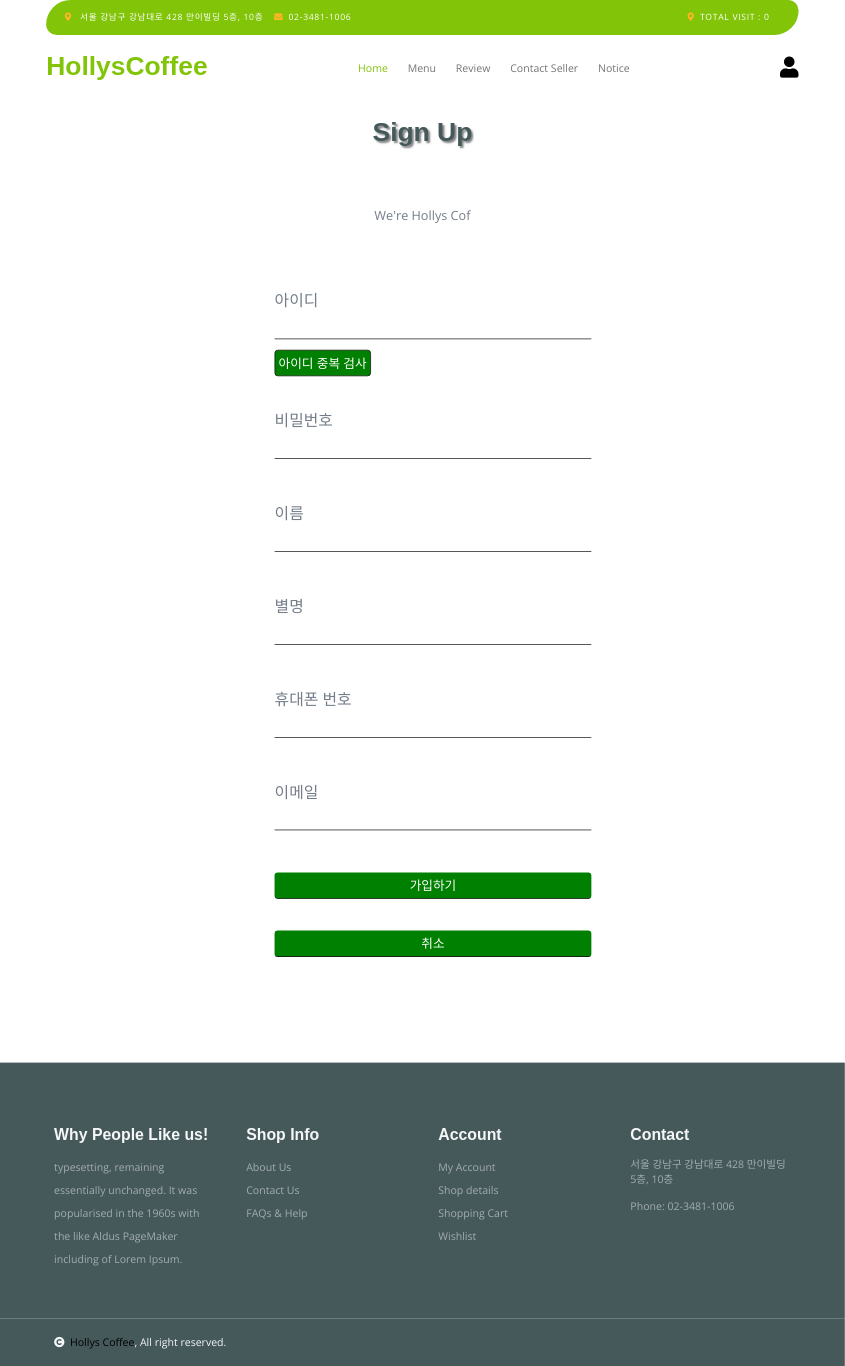
Repository: Shin-Ji-Sub/spring_basic
Page: http://localhost/spring-coffeeorderproject2/WEB-INF/views/userAccount/register.jsp
The author's editor kept a copy of each file at every save. The page is drawn from the files as they stood at one save, then again after the next save.
The browser window is 1280 px wide. The pictures show the whole page, at 66% of full size.
Some web fonts or font styles are not loaded; a fallback is used. Some web libraries are served in a nearby version. The page is served by Tomcat 10. Nobody is signed in. Other server files are loaded and not shown. The template is opened directly, without the code that normally fills it, so the values that code supplies are empty.

Above is the page before, as saved 2024-06-27 08:09:14.

### spring-coffeeorderproject2/src/main/webapp/WEB-INF/views/userAccount/register.jsp
<%@ page language="java" contentType="text/html; charset=UTF-8"
    pageEncoding="UTF-8"%>

<%@ taglib prefix="c" uri="jakarta.tags.core" %>
<%@ taglib prefix="form" uri="http://www.springframework.org/tags/form" %>

<!DOCTYPE html>
<html>
<head>
	<meta charset="UTF-8">
	<title>HOLLYS - 회원가입</title>
	<meta content="width=device-width, initial-scale=1.0" name="viewport">
    <meta content="" name="keywords">
    <meta content="" name="description">

    <!-- Google Web Fonts -->
    <link rel="preconnect" href="https://fonts.googleapis.com">
    <link rel="preconnect" href="https://fonts.gstatic.com" crossorigin>
    <link href="https://fonts.googleapis.com/css2?family=Open+Sans:wght@400;600&family=Raleway:wght@600;800&display=swap" rel="stylesheet">

    <!-- Icon Font Stylesheet -->
    <link rel="stylesheet" href="https://use.fontawesome.com/releases/v5.15.4/css/all.css"/>
    <link href="https://cdn.jsdelivr.net/npm/bootstrap-icons@1.4.1/font/bootstrap-icons.css" rel="stylesheet">

    <!-- Libraries Stylesheet -->
    <link href="/spring-coffeeorderproject/resources/userAssets/lib/lightbox/css/lightbox.min.css" rel="stylesheet">
    <link href="/spring-coffeeorderproject/resources/userAssets/lib/owlcarousel/assets/owl.carousel.min.css" rel="stylesheet">


    <!-- Customized Bootstrap Stylesheet -->
    <link href="/spring-coffeeorderproject/resources/userAssets/css/bootstrap.min.css" rel="stylesheet">

    <!-- Template Stylesheet -->
    <link href="/spring-coffeeorderproject/resources/userAssets/css/style.css" rel="stylesheet">
	<link href="/spring-coffeeorderproject/resources/userAssets/css/register.css" rel="stylesheet">

	<style>
		.register-cancel-btn {
		  font-size: 1.2rem;
		  background: green;
		  color: white;
		  padding: 5px;
		  border: 1px solid black;
		  border-radius: 5px;
		  transition: all 0.4s;
		  cursor: pointer;
		}

		.register-cancel-btn:hover {
		  box-shadow: 3px 3px 0px rgba(0, 0, 0, 0.5);
		  background-color: white;
		  color:green;
		}
	</style>
</head>
<body>
	<%-- Header Start --%>
    <jsp:include page="/WEB-INF/views/modules/header-nav.jsp" />
	<%-- Header End --%>

	<%-- Main Start --%>
	<div class="container-fluid py-5 mb-5">
    	<div class="container py-5">
		    <main>
			    <div class="main-container">
			      <div class="main-name">
			        <h5>Sign Up</h5>
			      </div>

			      <div class="introduction">
			        <span class="hello">Hello,</span><p>We're Hollys Coffee. Thank you for signing up.</p><span class="cursor"></span>
			      </div>

			      <form:form action="/spring-coffeeorderproject/userAccount/register" method="POST" modelAttribute="user">
			        <div class="register-container">
			          <ul>
			            <li>
			              <form:label path="userId">
			                아이디<br>
			                <%-- <form:input class="id-input" path="userId" type="text" /> --%>
			                <c:choose>
			                	<c:when test="${ isHaveId == true }">
			                		<form:input class="id-input" path="userId" type="text" value="${param.id}" />
			                	</c:when>
			            		<c:otherwise>
			            			<form:input class="id-input" path="userId" type="text" />
			            		</c:otherwise>
			                </c:choose>
			              </form:label>
			              <p class="id-msg"></p>
			              <button type="button" class="id-check-btn">아이디 중복 검사</button>
			              <c:choose>
			              	<c:when test="${ empty param.id }">
		                		<span class="idcheck-content"></span>
		                	</c:when>
			              	<c:when test="${ isHaveId == true }">
			              		<span class="idcheck-content">사용 가능한 아이디입니다</span>
			              	</c:when>
			              	<c:otherwise>
			              		<span class="idcheck-content">중복된 아이디입니다</span>
			              	</c:otherwise>
			              </c:choose>
			            </li>
			            <li>
			              <form:label path="userPw">
			                비밀번호<br>
			                <form:input class="pw-input" path="userPw" type="password" />
			              </form:label>
			              <p class="pw-msg"></p>
			            </li>
			            <li>
			              <form:label path="userName">
			                이름<br>
			                <form:input class="name-input" path="userName" type="text" />
			              </form:label>
			              <p class="name-msg"></p>
			            </li>
			            <li>
			              <form:label path="userNickname">
			                별명<br>
			                <form:input class="nickname-input" path="userNickname" type="text" />
			              </form:label>
			              <p class="nickname-msg"></p>
			            </li>
			            <li>
			              <form:label path="userPhone">
			                휴대폰 번호<br>
			                <form:input class="phone-input" path="userPhone" type="text" />
			              </form:label>
			              <p class="phone-msg"></p>
			            </li>
			            <li>
			              <form:label path="userEmail">
			                이메일<br>
			                <form:input class="email-input" path="userEmail" type="text" />
			              </form:label>
			              <p class="email-msg"></p>
			            </li>
			            <li>
			              <input type="submit" class="register-btn" value="가입하기" />
			            </li>
			            <li>
			            	<input type="button" class="register-cancel-btn" value="취소" />
			            </li>
			          </ul>
			        </div>
			      </form:form>
			    </div>
			</main>
		</div>
	</div>
	<%-- Main End --%>

	<%-- Footer Start --%>
    <jsp:include page="/WEB-INF/views/modules/footer.jsp" />
	<%-- Footer End --%>

	<script src="https://ajax.googleapis.com/ajax/libs/jquery/3.6.4/jquery.min.js"></script>
    <script src="https://cdn.jsdelivr.net/npm/bootstrap@5.0.0/dist/js/bootstrap.bundle.min.js"></script>
    <script src="/spring-coffeeorderproject/resources/userAssets/lib/easing/easing.min.js"></script>
    <script src="/spring-coffeeorderproject/resources/userAssets/lib/waypoints/waypoints.min.js"></script>
    <script src="/spring-coffeeorderproject/resources/userAssets/lib/lightbox/js/lightbox.min.js"></script>
    <script src="/spring-coffeeorderproject/resources/userAssets/lib/owlcarousel/owl.carousel.min.js"></script>
    <script src="/spring-coffeeorderproject/resources/userAssets/js/register.js"></script>
    <script>
	 	// Cancel Btn 기능 (home 화면으로 이동)
	    $('.register-cancel-btn').on('click', () => {
	    	location.href = "/spring-coffeeorderproject/userAccount/login";
	    });
    </script>

</body>
</html>

### spring-coffeeorderproject2/src/main/webapp/WEB-INF/views/modules/header-nav.jsp
<%@ page language="java" contentType="text/html; charset=UTF-8"
    pageEncoding="UTF-8"%>

<%@ taglib prefix="c" uri="http://java.sun.com/jsp/jstl/core" %>
<%@ taglib prefix="fn" uri="http://java.sun.com/jsp/jstl/functions" %>
<%@ taglib prefix="fmt" uri="http://java.sun.com/jsp/jstl/fmt" %>

<!-- Navbar start -->
<div class="container-fluid fixed-top">
    <div class="container topbar bg-primary d-none d-lg-block">
        <div class="d-flex justify-content-between">
            <div class="top-info ps-2">
                <small class="me-3"><i class="fas fa-map-marker-alt me-2 text-secondary"></i> <a href="https://yeoksam.greenart.co.kr/" class="text-white">서울 강남구 강남대로 428 만이빌딩 5층, 10층</a></small>
                <small class="me-3"><i class="fas fa-envelope me-2 text-secondary"></i><a href="https://yeoksam.greenart.co.kr/" class="text-white">02-3481-1006</a></small>


            	</div>
            <div class="top-link pe-2">
            	<small class="me-3"><i class="fas fa-map-marker-alt me-2 text-secondary"></i><a href="" class="text-white">TOTAL VISIT : ${ total == null ? "0" : total }</a></small>



               <%-- session으로 로그인 확인 후 조건문으로 jsp 적기 --%>
               <c:choose>
                <c:when test="${ not empty loginUser }">
                 <a href="#" class="text-white"><small class="text-white ms-2">${ loginUser.userNickname } 님 반갑습니다 /</small></a>
                 <a href="/spring-coffeeorderproject/userAccount/logout" class="text-white"><small class="text-white ms-2">Log out</small></a>
                </c:when>
                </c:choose>

            </div>
        </div>
    </div>
    <div class="container px-0">
        <nav class="navbar navbar-light bg-white navbar-expand-xl">
            <a href="/spring-coffeeorderproject/home" class="navbar-brand"><h1 class="text-primary display-6">HollysCoffee</h1></a>
            <button class="navbar-toggler py-2 px-3" type="button" data-bs-toggle="collapse" data-bs-target="#navbarCollapse">
                <span class="fa fa-bars text-primary"></span>
            </button>
            <div class="collapse navbar-collapse bg-white" id="navbarCollapse">
                 <div class="navbar-nav mx-auto">
                    <a href="/spring-coffeeorderproject/home" class="nav-item nav-link active">Home</a>
                    <%-- Product Zone --%>
                    <a href="/spring-coffeeorderproject/hollysProduct/shop?page=1&select=0" class="nav-item nav-link">Menu</a>
                    <%-- ------------ --%>
                    <div class="nav-item dropdown">
                    </div>
                    <a href="/spring-coffeeorderproject/review" class="nav-item nav-link">Review</a>
                    <a class="nav-item nav-link contact-seller">Contact Seller</a>
                    <a href="/spring-coffeeorderproject/announcement" class="nav-item nav-link">Notice</a>

                     <%-- session으로 로그인 확인 후 Admin 계정이라면 판매자모드 사용 가능 조건문으로 jsp 적기 --%>
                     <%-- admin로그인 된 상태 : admin-home 로 이동 --%>
                     <%-- ==================수정================== --%>
                     <%-- loginUser session에서 userAdmin(boolean) 값으로 확인 --%>

                </div>
                <div class="d-flex m-3 me-0">
                	<c:if test="${ loginUser.userAdmin == true }">
                    <a href="/spring-coffeeorderproject/admin-home" class="nav-item nav-link">AdminPage</a> <!-- yoona -->
                    </c:if>
                	<c:choose>
                    <c:when test="${ not empty loginUser }">
                    <a href="/spring-coffeeorderproject/hollysProduct/cart-product" class="position-relative me-4 my-auto">
                        <i class="fa fa-shopping-bag fa-2x"></i>
                        <span class="position-absolute bg-secondary rounded-circle d-flex align-items-center justify-content-center text-dark px-1" style="top: -5px; left: 15px; height: 20px; min-width: 20px;">
                        ${ appUserCart.size() }
                        </span>
                    </a>
                    </c:when>
                    </c:choose>
                    <%-- session으로 로그인 확인 후 조건문으로 jsp 적기 --%>
                    <%-- 로그인 안된 상태 : login page로 이동 --%>
                    <c:choose>
                     <c:when test="${ not empty loginUser }">
                     <a href="/spring-coffeeorderproject/userMyPage/mypage" class="my-auto">
                     <i class="fas fa-user fa-2x"></i>
                     </a>
                     </c:when>
                      <%-- 로그인 된 상태 : my page로 이동 --%>
                     <c:otherwise>
            		 <a href="/spring-coffeeorderproject/userAccount/login" class="my-auto">
            		 <i class="fas fa-user fa-2x"></i>
            		 </a>
            		 </c:otherwise>
                     </c:choose>

                </div>
            </div>
        </nav>
    </div>
</div>
<script src="http://code.jquery.com/jquery-3.7.1.js"></script>
	<script type="text/javascript">

	$(function() {

		// contact seller
    	$('.contact-seller').on('click', function(event) {
    		event.preventDefault();
    		if (${loginUser == null}) {
 		        alert('로그인이 필요한 서비스 입니다.');
 		        return;
			}else {
				location.href="/spring-coffeeorderproject/inquiry1on1";

			}
		});
	});
	</script>
<!-- Navbar End -->

### spring-coffeeorderproject2/src/main/webapp/WEB-INF/views/modules/footer.jsp
<%@ page language="java" contentType="text/html; charset=UTF-8"
    pageEncoding="UTF-8"%>
<!-- Footer Start -->
<div class="container-fluid bg-dark text-white-50 footer pt-5 mt-5">
    <div class="container py-5">

        <div class="row g-5">
            <div class="col-lg-3 col-md-6">
                <div class="footer-item">
                    <h4 class="text-light mb-3">Why People Like us!</h4>
                    <p class="mb-4">typesetting, remaining essentially unchanged. It was
                        popularised in the 1960s with the like Aldus PageMaker including of Lorem Ipsum.</p>
                </div>
            </div>
            <div class="col-lg-3 col-md-6">
                <div class="d-flex flex-column text-start footer-item">
                    <h4 class="text-light mb-3">Shop Info</h4>
                    <a class="btn-link" href="https://yeoksam.greenart.co.kr/">About Us</a>
                    <a class="btn-link" href="/coffeeorderproject/inquiry1on1">Contact Us</a>
                    <a class="btn-link" href="/coffeeorderproject/announcement">FAQs & Help</a>
                </div>
            </div>
            <div class="col-lg-3 col-md-6">
                <div class="d-flex flex-column text-start footer-item">
                    <h4 class="text-light mb-3">Account</h4>
                    <a class="btn-link" href="/coffeeorderproject/userMyPage/mypage">My Account</a>
                    <a class="btn-link" href="/coffeeorderproject/hollysProduct/shop">Shop details</a>
                    <a class="btn-link" href="/coffeeorderproject/hollysProduct/cart-product">Shopping Cart</a>
                    <a class="btn-link" href="/coffeeorderproject/userMyPage/like">Wishlist</a>
                </div>
            </div>
            <div class="col-lg-3 col-md-6">
                <div class="footer-item">
                    <h4 class="text-light mb-3">Contact</h4>
                    <p>서울 강남구 강남대로 428 만이빌딩 5층, 10층</p>
                    <p>Phone: 02-3481-1006</p>
                </div>
            </div>
        </div>
    </div>
</div>
<!-- Footer End -->

<!-- Copyright Start -->
<div class="container-fluid copyright bg-dark py-4">
    <div class="container">
        <div class="row">
            <div class="col-md-6 text-center text-md-start mb-3 mb-md-0">
                <span class="text-light"><a href="#"><i class="fas fa-copyright text-light me-2"></i>Hollys Coffee</a>, All right reserved.</span>
            </div>

        </div>
    </div>
</div>
<!-- Copyright End -->

### spring-coffeeorderproject2/src/main/webapp/resources/userAssets/css/register.css
@charset "UTF-8";


/* ===== Base ===== */
* {
  box-sizing: border-box;
  margin: 0;
  padding: 0;
}

html {
  scroll-behavior: smooth;
}

a {
  text-decoration: none;
  color: black;
}

ul {
  list-style: none;
}


/* ===== Main ===== */
.main-container {
  display: flex;
  flex-direction: column;
  row-gap: 5rem;
  align-items: center;
  margin-top: 5rem;
}

.main-name {
  position: relative;
}

.main-name h5 {
  font-size: 2.5rem;
  text-shadow: 3px 3px 3px rgba(0, 0, 0, 0.5);
}

.main-name span {
  position: absolute;
  top: 1.8rem;
  left: -5px;
  width: 11rem;
  border-bottom: 2px solid black;
}

.introduction {
  position: relative;
  font-size: 1.2rem;
}

/* Cursor Animation */
@keyframes Cursor {
  from {opacity: 0;}
  to {opacity: 1;}
}

.cursor {
  position: absolute;
  top: 0;
  right: -5px;
  height: 3vh;
  border-left: 1px solid black;
  animation-name: Cursor;
  animation-duration: 1s;
  animation-iteration-count: infinite;
}

.register-container {
  width: 100%;
  display: flex;
  justify-content: center;
}

.register-container ul{
  display: flex;
  flex-direction: column;
  row-gap: 3rem;
}

.register-container li {
 position: relative;
  width: 30rem;
}

.register-container li label {
  width: 100%;
  font-size: 1.5rem;
}

.register-container input {
  width: 100%;
  padding: 5px;
  font-size: 1.2rem;
  border: none;
  border-bottom: 1px solid black;
}

.register-container p {
  color: #2b0082;
}

.id-check-btn, .register-btn, .cancel-btn {
  font-size: 1.2rem;
  background: green;
  color: white;
  padding: 5px;
  border: 1px solid black;
  border-radius: 5px;
  transition: all 0.4s;
  cursor: pointer;
}

.id-check-btn:hover, .register-btn:hover, .cancel-btn:hover {
  box-shadow: 3px 3px 0px rgba(0, 0, 0, 0.5);
  background-color: white;
  color: green;
}

Loaded but not shown: spring-coffeeorderproject2/src/main/webapp/resources/userAssets/lib/lightbox/css/lightbox.min.css (common file); spring-coffeeorderproject2/src/main/webapp/resources/userAssets/lib/owlcarousel/assets/owl.carousel.min.css (common file); spring-coffeeorderproject2/src/main/webapp/resources/userAssets/css/bootstrap.min.css (library); spring-coffeeorderproject2/src/main/webapp/resources/userAssets/lib/easing/easing.min.js (common file); spring-coffeeorderproject2/src/main/webapp/resources/userAssets/lib/waypoints/waypoints.min.js (library); spring-coffeeorderproject2/src/main/webapp/resources/userAssets/lib/lightbox/js/lightbox.min.js (library); spring-coffeeorderproject2/src/main/webapp/resources/userAssets/lib/owlcarousel/owl.carousel.min.js (library); spring-coffeeorderproject2/src/main/webapp/resources/userAssets/js/register.js (218 lines, source omitted); spring-coffeeorderproject2/src/main/webapp/resources/userAssets/css/style.css (496 lines, source omitted)

After the next save:
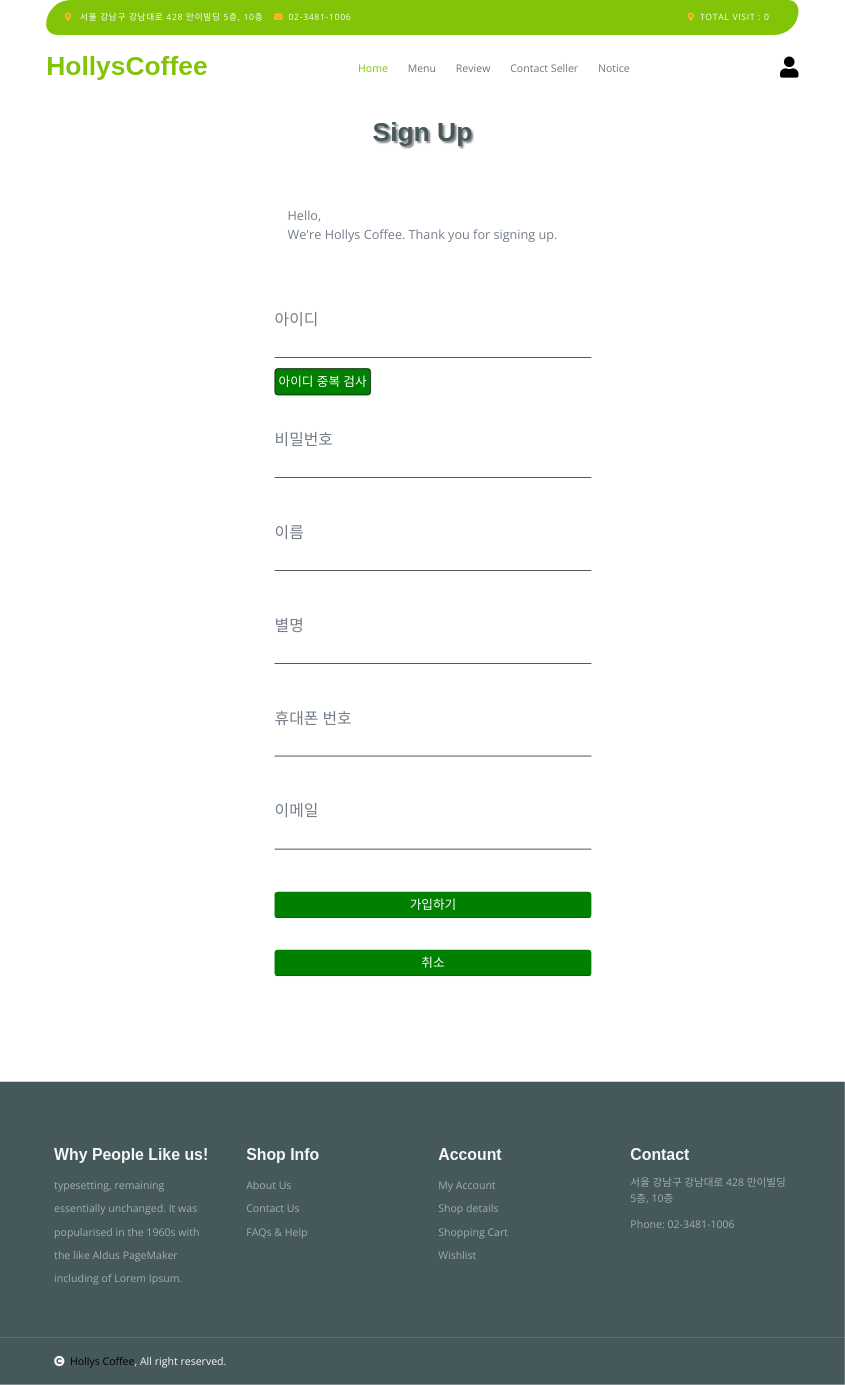
Saved 2 min 32 s later.
--- a/spring-coffeeorderproject2/src/main/webapp/WEB-INF/views/userAccount/register.jsp
+++ b/spring-coffeeorderproject2/src/main/webapp/WEB-INF/views/userAccount/register.jsp
@@ -161,7 +161,7 @@
     <script src="/spring-coffeeorderproject/resources/userAssets/lib/waypoints/waypoints.min.js"></script>
     <script src="/spring-coffeeorderproject/resources/userAssets/lib/lightbox/js/lightbox.min.js"></script>
     <script src="/spring-coffeeorderproject/resources/userAssets/lib/owlcarousel/owl.carousel.min.js"></script>
-    <script src="/spring-coffeeorderproject/resources/userAssets/js/register.js"></script>
+    <!-- <script src="/spring-coffeeorderproject/resources/userAssets/js/register.js"></script> -->
     <script>
 	 	// Cancel Btn 기능 (home 화면으로 이동)
 	    $('.register-cancel-btn').on('click', () => {

After the save that followed:
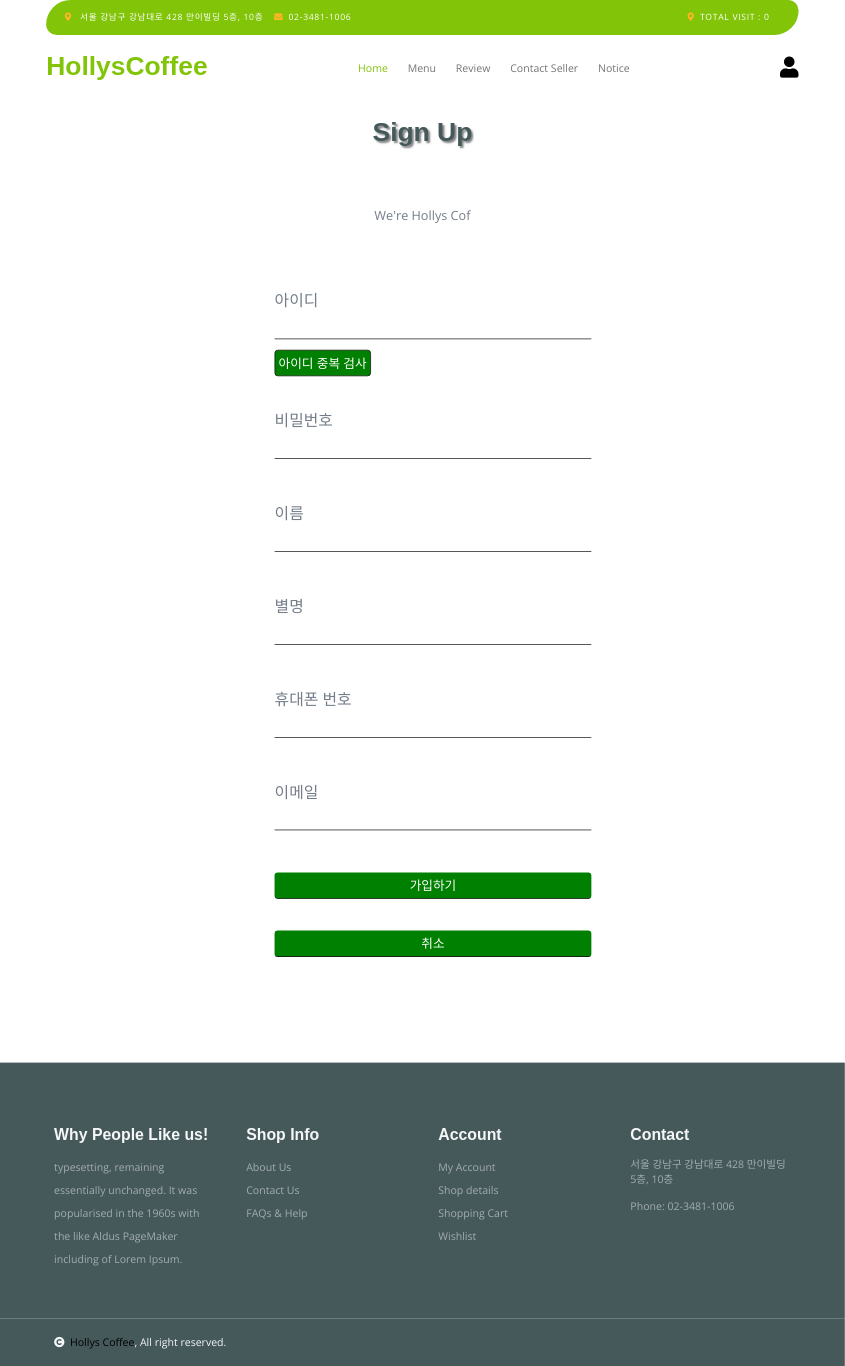
Saved 3 min 51 s later.
--- a/spring-coffeeorderproject2/src/main/webapp/WEB-INF/views/userAccount/register.jsp
+++ b/spring-coffeeorderproject2/src/main/webapp/WEB-INF/views/userAccount/register.jsp
@@ -161,7 +161,7 @@
     <script src="/spring-coffeeorderproject/resources/userAssets/lib/waypoints/waypoints.min.js"></script>
     <script src="/spring-coffeeorderproject/resources/userAssets/lib/lightbox/js/lightbox.min.js"></script>
     <script src="/spring-coffeeorderproject/resources/userAssets/lib/owlcarousel/owl.carousel.min.js"></script>
-    <!-- <script src="/spring-coffeeorderproject/resources/userAssets/js/register.js"></script> -->
+    <script src="/spring-coffeeorderproject/resources/userAssets/js/register.js"></script>
     <script>
 	 	// Cancel Btn 기능 (home 화면으로 이동)
 	    $('.register-cancel-btn').on('click', () => {
